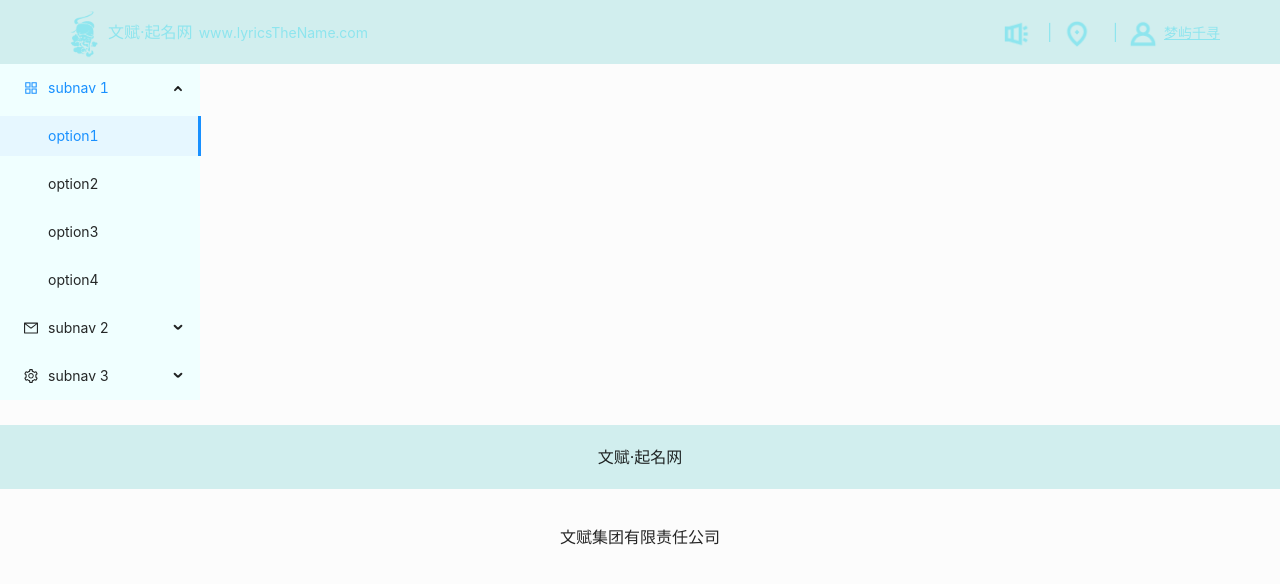
Repository: fangxueliang/react-redux-
Page: /
The author's editor kept a copy of each file at every save. The page is drawn from the files as they stood at one save, then again after the next save.
The browser window is 1280 px wide. The pictures show the whole page.
The project was rebuilt for these pictures with package versions that can differ from the ones it lists, and the page was loaded fresh each time.

Above is the page before, as saved 2020-12-30 12:49:27.

### public/index.html
<!DOCTYPE html>
<html lang="en">
  <head>
    <meta charset="utf-8" />
    <meta name="theme-color" content="#000000" />
    <meta name="description" content="Web site created using create-react-app" />
    <title>React App</title>
  </head>
  <body>
    <div id="root"></div>
  </body>
</html>

### src/index.js
// 主入口文件
//主入口
import React from 'react';//引入react
import ReactDOM from 'react-dom';
import { Main } from './Pages';//引入Main文件

import 'antd/dist/antd.css'//antd样式
import './Common/CSS/layout.css'//布局样式
import './Common/CSS/common.css'//引入公共样式

ReactDOM.render(
  <div className="main">
    <Main />
  </div>,
  document.getElementById('root')
);

### src/Pages/index.js
import React from 'react';
import { Layout } from 'antd'
import { MenuSider } from "./Menu/menu";
import { HeaderCommon } from "./Header/header";
import { FooterCommon } from "./Footer/footer";

const { Header, Footer, Content, Sider } = Layout
export const Main = () => {
    return (

        <div className="Home_layout">
            {/* 头部header */}
            <div className="Home_header">
                <HeaderCommon />
            </div>
            <div>

                {/* 左侧导航Sider */}
                <Sider>
                    <MenuSider />
                </Sider>
                {/* 主要内容Content */}
                <div className="Home_content"></div>
            </div>
            {/* 底部footer */}
            <div className="Home_footer">
                <FooterCommon />
            </div>
        </div>


    );
}

### src/Common/CSS/layout.css
/* 布局样式  */
.Home_layout {

    min-height: 100%;
}

.Home_layout .Home_header {
    height: 64px;
    line-height: 64px;
    padding: 0 60px;
    background: #D1EEEE;
}

.Home_layout .Home_footer {
    height: 64px;
    line-height: 64px;
    width: 100%;
    padding: 0 60px;
    background: #D1EEEE;
}

.Home_layout .ant-layout-sider .ant-menu {
    background: #F0FFFF;
}

.Home_layout .Home_content {
    display: inline-block;
}

### src/Common/CSS/common.css
/* 公共样式 */
body {
    width: 100%;
    height: 100%;
    background: #FCFCFC;
    margin: 0;
}

.main {
    font-size: 16px;
}

### src/Pages/Menu/menu.js
// 左侧菜单
import React from 'react';
import { Menu } from 'antd';
import { AppstoreOutlined, MailOutlined, SettingOutlined } from '@ant-design/icons';

const { SubMenu } = Menu;

export const MenuSider = () => {
    return (
        <Menu
            mode="inline"
            defaultSelectedKeys={['1']}
            defaultOpenKeys={['sub1']}
            style={{ height: '100%', borderRight: 0 }}
        >
            <SubMenu key="sub1" icon={<AppstoreOutlined />} title="subnav 1">
                <Menu.Item key="1">option1</Menu.Item>
                <Menu.Item key="2">option2</Menu.Item>
                <Menu.Item key="3">option3</Menu.Item>
                <Menu.Item key="4">option4</Menu.Item>
            </SubMenu>
            <SubMenu key="sub2" icon={<MailOutlined />} title="subnav 2">
                <Menu.Item key="5">option5</Menu.Item>
                <Menu.Item key="6">option6</Menu.Item>
                <Menu.Item key="7">option7</Menu.Item>
                <Menu.Item key="8">option8</Menu.Item>
            </SubMenu>
            <SubMenu key="sub3" icon={<SettingOutlined />} title="subnav 3">
                <Menu.Item key="9">option9</Menu.Item>
                <Menu.Item key="10">option10</Menu.Item>
                <Menu.Item key="11">option11</Menu.Item>
                <Menu.Item key="12">option12</Menu.Item>
            </SubMenu>
        </Menu>
    )
}

### src/Pages/Header/header.js
// 头部
import React from 'react';
import logo from "../../Asset/img/logo.png";
import myImg from "../../Asset/img/我的.png";
import remindImg from "../../Asset/img/提醒.png";
import positioningImg from "../../Asset/img/定位.png";
import './header.css'

export const HeaderCommon = () => {
    return (
        <div className="header">
            <div className="header_item">
                <img src={logo} className="logo" alt="蓝龙" />
                <span className="logo_title">文赋·起名网</span>
                <a className="logo_URL" href="/">www.lyricsTheName.com</a>
            </div>
            <div className="header_item"></div>
            <div className="header_item header_item_right">
                <span>
                    <img src={remindImg} alt="我的" />
                </span>
                <span className="header_separated">|</span>
                <span>
                    <img src={positioningImg} alt="我的" />
                </span>
                <span className="header_separated"> |</span>
                <span>
                    <img src={myImg} alt="我的" />
                    <span className="header_myName">梦屿千寻</span>
                </span>
            </div>
        </div>
    )
}

### src/Pages/Footer/footer.js
// 头部
import React from 'react';
import './footer.css'

export const FooterCommon = () => {
    return (
        <div className="footer">
            <p>文赋·起名网</p>
            <p>文赋集团有限责任公司</p>
        </div>
    )
}

### src/Pages/Header/header.css
.header {
    display: flex;
    width: 100%;
    height: 100%;
    justify-content: space-between;
}

.header .header_item {
    display: inline-block;
}

.header .header_item .logo {
    width: 48px;
    height: 48px;
}

.header .header_item_right {
    color: #8ee5ee
}

.header .header_item_right img {
    width: 30px;
    height: 30px;
    margin-right: 6px;
}

.header .header_item_right .header_separated {
    margin: 0 10px
}

.header .logo_title {
    color: #8ee5ee
}

.header .logo_URL {
    margin-left: 6px;
    color: #8ee5ee;
    font-size: 14px;
}

.header .header_myName {
    font-size: 14px;
    text-decoration: underline;
}

### src/Pages/Footer/footer.css
.footer {
    text-align: center;
}

.footer div {
    color: #8ee5ee
}

After the next save:
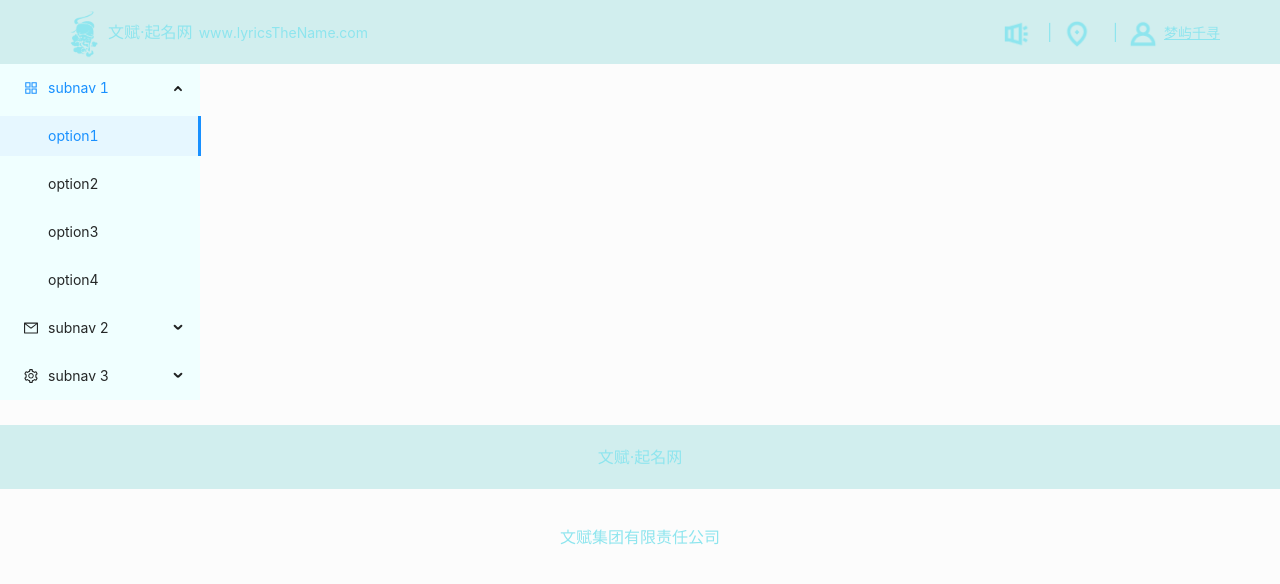
Saved 13 s later.
--- a/src/Pages/Footer/footer.css
+++ b/src/Pages/Footer/footer.css
@@ -2,6 +2,6 @@
     text-align: center;
 }
 
-.footer div {
+.footer p {
     color: #8ee5ee
 }
